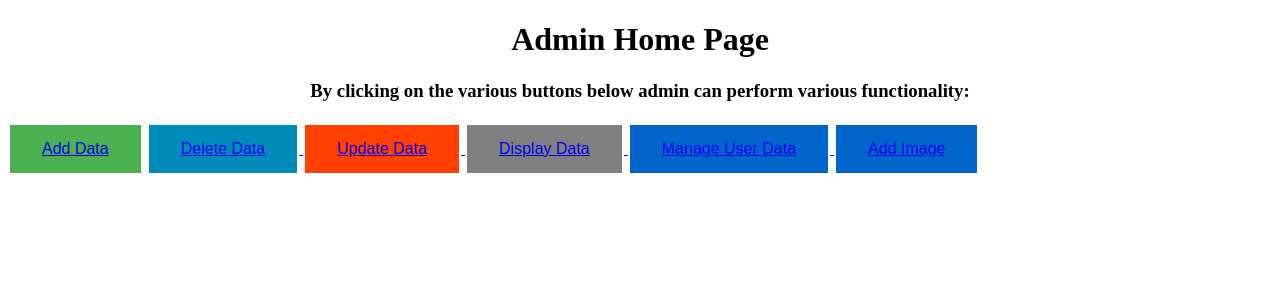
Repository: Shreya200012/FoodBox
Page: http://localhost/foodWeb/adminhome.jsp
The author's editor kept a copy of each file at every save. The page is drawn from the files as they stood at one save, then again after the next save.
The browser window is 1280 px wide. The pictures show the whole page.
The page is served by Tomcat 9.

Above is the page before, as saved 2022-06-14 18:17:34.

After the next save:
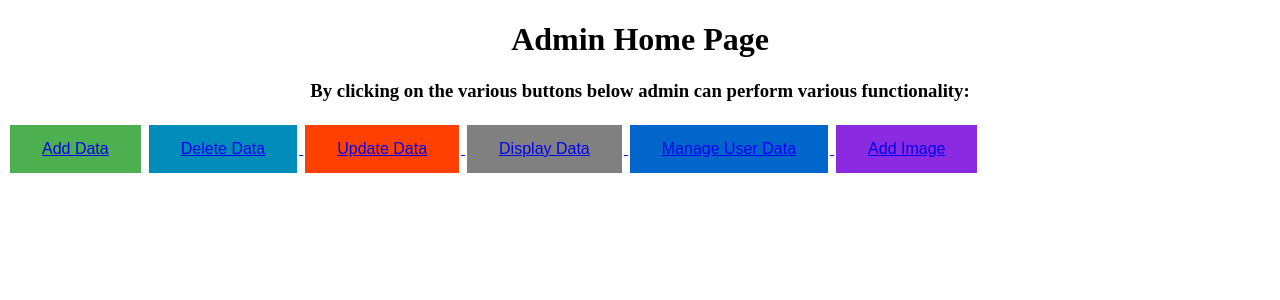
Saved 84 s later.
--- a/foodWeb/src/main/webapp/adminhome.jsp
+++ b/foodWeb/src/main/webapp/adminhome.jsp
@@ -23,6 +23,7 @@
 .button3 {background-color: #ff4000;}
 .button4 {background-color: #808080;}
 .button5 {background-color: #0066CC;}
+.button6 {background-color: #8A2BE2;}
 
 </style>
 </head>
@@ -36,7 +37,7 @@
 <button class="button button3 " ><a href="updateData.jsp">Update Data</button>
 <button class="button button4 " ><a href="showData.jsp">Display Data</button>
 <button class="button button5 " ><a href="userList.jsp">Manage User Data</button>
-<button class="button button5 " ><a href="addImage.jsp">Add Image</button>
+<button class="button button6 " ><a href="addImage.jsp">Add Image</button>
 
 
 
